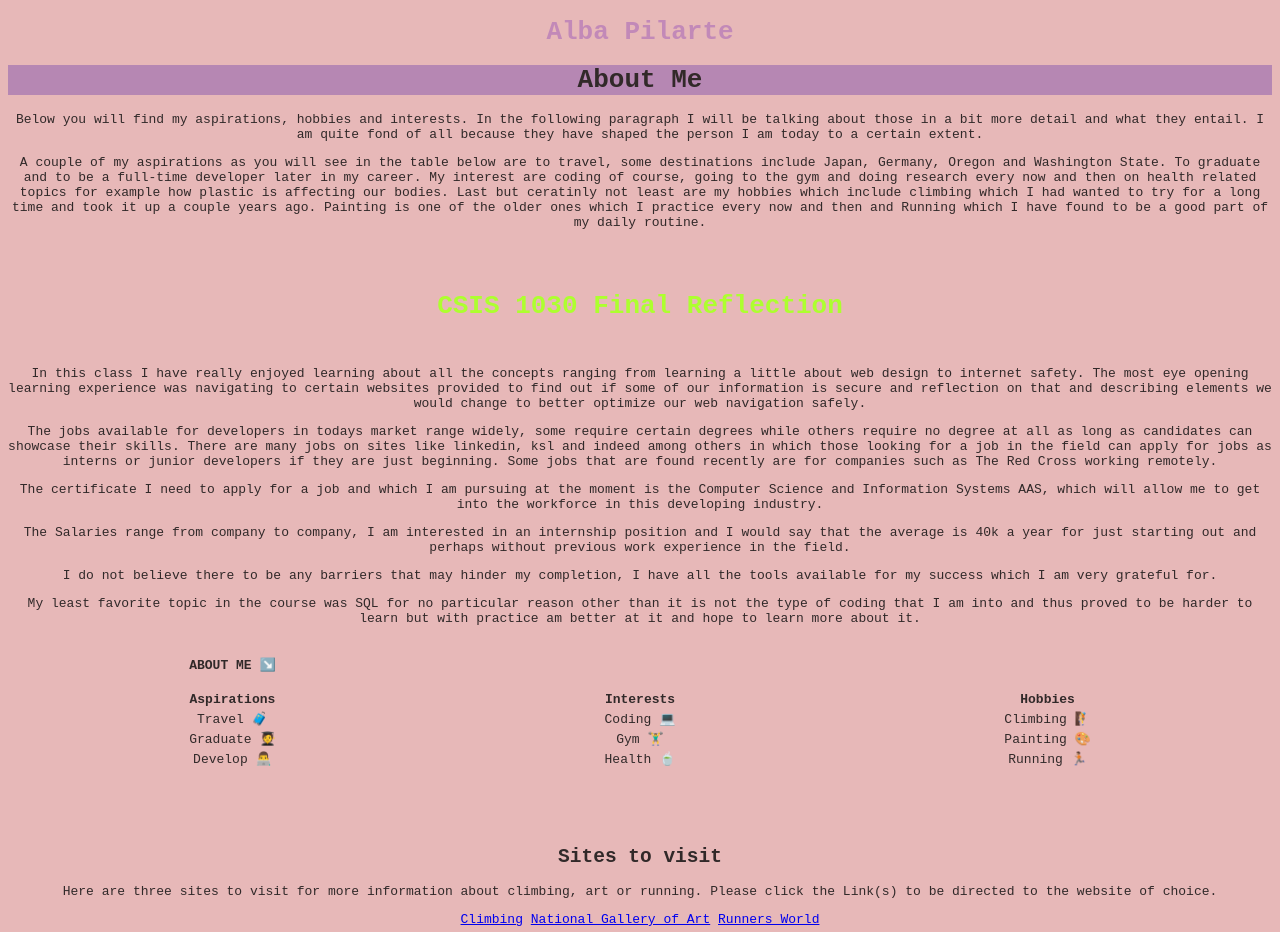
Repository: pilar122/e-portfolio
Page: index.html
These files come from the project's save history. The page is drawn as it stood at one moment and after the next save; the edit follows.
The browser window is 1280 px wide. The pictures show the whole page.

Above is the page before, as saved 2022-04-24 14:04:46.

### index.html
<!DOCTYPE html>
<html>
<head>
<title>Alba e-portfolio</title>
<style>
body {
  background-color: rgb(231, 184, 184);
  text-align: center;
  color: rgb(49, 41, 41);
  font-family: monospace;
}
</style>
</head>
<body>
    <header>
        <h1><span style="color:rgb(194, 137, 184)">Alba Pilarte</span></h1>
    </header>
    <header>
        <h1 style="background-color:rgb(182, 135, 179);">About Me</h1>
        <p>Below you will find my aspirations, hobbies and interests. In the following paragraph I will be talking about those in a bit more detail and what they entail. I am quite fond of all because they have shaped the person I am today to a certain extent.</p>
        <p>A couple of my aspirations as you will see in the table below are to travel, some destinations include Japan, Germany, Oregon and Washington State. To graduate and to be a full-time developer later in my career. My interest are coding of course, going to the gym and doing research every now and then on health related topics for example how plastic is affecting our bodies. Last but ceratinly not least are my hobbies which include climbing which I had wanted to try for a long time and took it up a couple years ago. Painting is one of the older ones which I practice every now and then and Running which I have found to be a good part of my daily routine. </p>
    </header>
    <br>
    <br>

    <Header>
      <h1> <span style= "color: greenyellow;">CSIS 1030 Final Reflection</span></h1>
      <br>
      <p>In this class I have really enjoyed learning about all the concepts ranging from learning a little about web design to internet safety. The most eye opening learning experience was navigating to certain websites provided to find out if some of our information is secure and reflection on that and describing elements we would change to better optimize our web navigation safely.   </p>
      <p>The jobs available for developers in todays market range widely, some require certain degrees while others require no degree at all as long as candidates can showcase their skills. There are many jobs on sites like linkedin, ksl and indeed among others in which those looking for a job in the field can apply for jobs as interns or junior developers if they are just beginning. Some jobs that are found recently are for companies such as The Red Cross working remotely.</p>
      <p>The certificate I need to apply for a job and which I am pursuing at the moment is the Computer Science and Information Systems AAS, which will allow me to get into the workforce in this developing industry.</p>
      <p>The Salaries range from company to company, I am interested in an internship position and I would say that the average is 40k a year for just starting out and perhaps without previous work experience in the field.</p>
      <p>I do not believe there to be any barriers that may hinder my completion, I have all the tools available for my success which I am very grateful for.</p>
      <p>My least favorite topic in the course was SQL for no particular reason other than it is not the type of coding that I am into and thus proved to be harder to learn but with practice am better at it and hope to learn more about it.</p>
    </Header>



    <div class="div1">
    <table style="width:100%" >
        <th><br><header>ABOUT ME ↘️ </header><br></th>
        <tr>
          <th>Aspirations</th>
          <th>Interests</th>
          <th>Hobbies</th>
        </tr>
        <tr>
          <td>Travel 🧳</td>
          <td>Coding 💻</td>
          <td>Climbing 🧗</td>
        </tr>
        <tr>
          <td>Graduate 🧑‍🎓</td>
          <td>Gym 🏋️‍♂️</td>
          <td>Painting 🎨</td>
        </tr>
        <tr>
            <td>Develop 👨‍💻</td>
            <td>Health 🍵</td>
            <td>Running 🏃🏽</td>
        </tr>
    </table>
    </div>
    <br>
    <br>
    <br>
    <br>
    <div class="div2">
    <footer>
        <h2>Sites to visit</h2>
        <p>Here are three sites to visit for more information about climbing, art or running. Please click the Link(s) to be directed to the website of choice. </p>
        <a href="https://www.climbing.com">Climbing</a>
        <a href="https://www.nga.gov/collection/drawings/american-drawings.html">National Gallery of Art</a>
        <a href="https://www.runnersworld.com/runners-stories/">Runners World</a>
    </footer>
    </div>
</body>
</html>

After the next save:
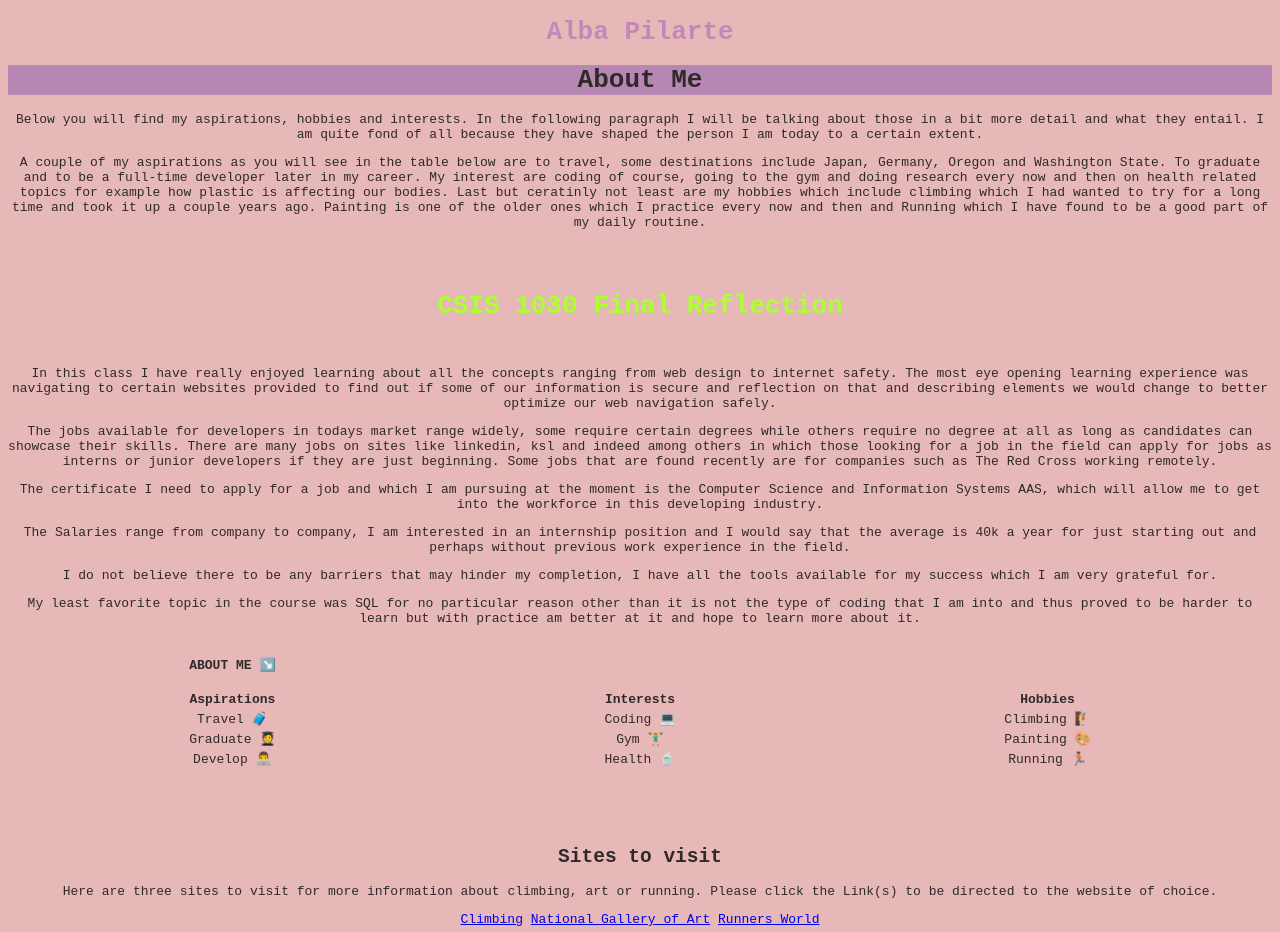
Saved 73 s later.
--- a/index.html
+++ b/index.html
@@ -26,7 +26,7 @@ body {
     <Header>
       <h1> <span style= "color: greenyellow;">CSIS 1030 Final Reflection</span></h1>
       <br>
-      <p>In this class I have really enjoyed learning about all the concepts ranging from learning a little about web design to internet safety. The most eye opening learning experience was navigating to certain websites provided to find out if some of our information is secure and reflection on that and describing elements we would change to better optimize our web navigation safely.   </p>
+      <p>In this class I have really enjoyed learning about all the concepts ranging from web design to internet safety. The most eye opening learning experience was navigating to certain websites provided to find out if some of our information is secure and reflection on that and describing elements we would change to better optimize our web navigation safely.   </p>
       <p>The jobs available for developers in todays market range widely, some require certain degrees while others require no degree at all as long as candidates can showcase their skills. There are many jobs on sites like linkedin, ksl and indeed among others in which those looking for a job in the field can apply for jobs as interns or junior developers if they are just beginning. Some jobs that are found recently are for companies such as The Red Cross working remotely.</p>
       <p>The certificate I need to apply for a job and which I am pursuing at the moment is the Computer Science and Information Systems AAS, which will allow me to get into the workforce in this developing industry.</p>
       <p>The Salaries range from company to company, I am interested in an internship position and I would say that the average is 40k a year for just starting out and perhaps without previous work experience in the field.</p>
